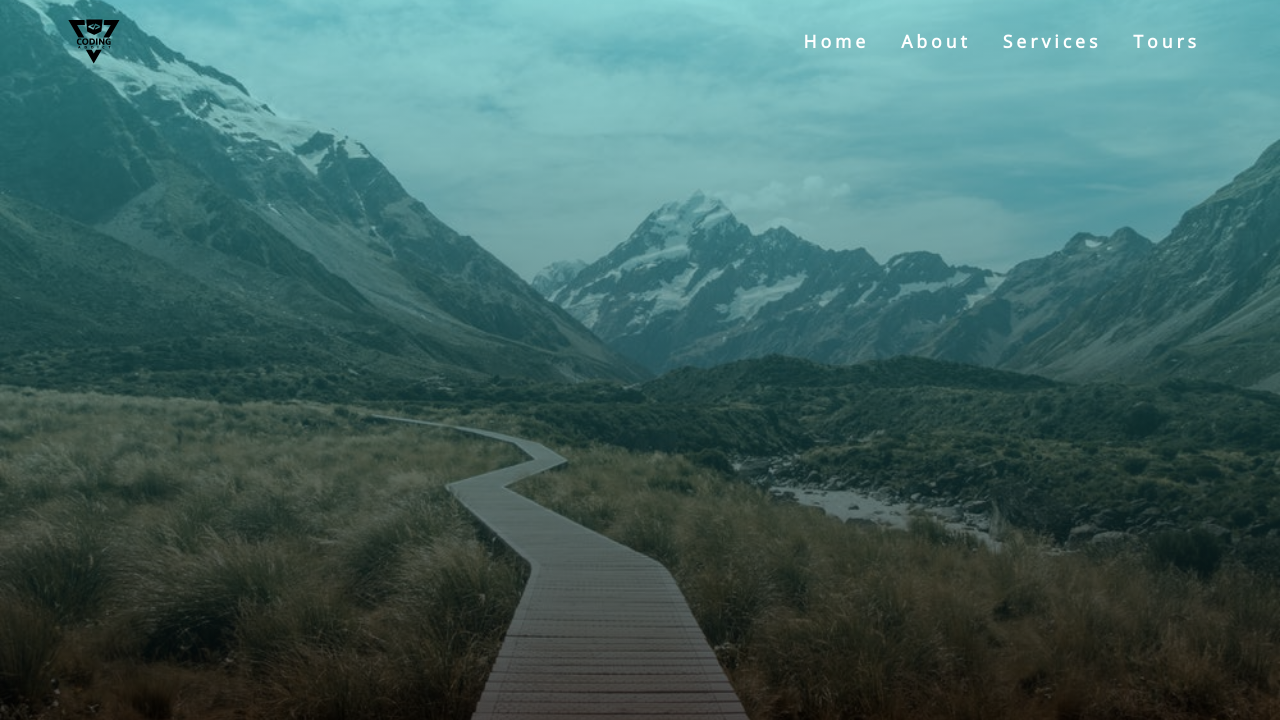
Repository: spidero7/Scroll
Page: index.html
These files come from the project's save history. The page is drawn as it stood at one moment and after the next save; the edit follows.
The browser window is 1280 px wide. The pictures show the whole page.
Some web libraries are served in a nearby version.

Above is the page before, as saved 2021-10-07 06:43:16.

After the next save:
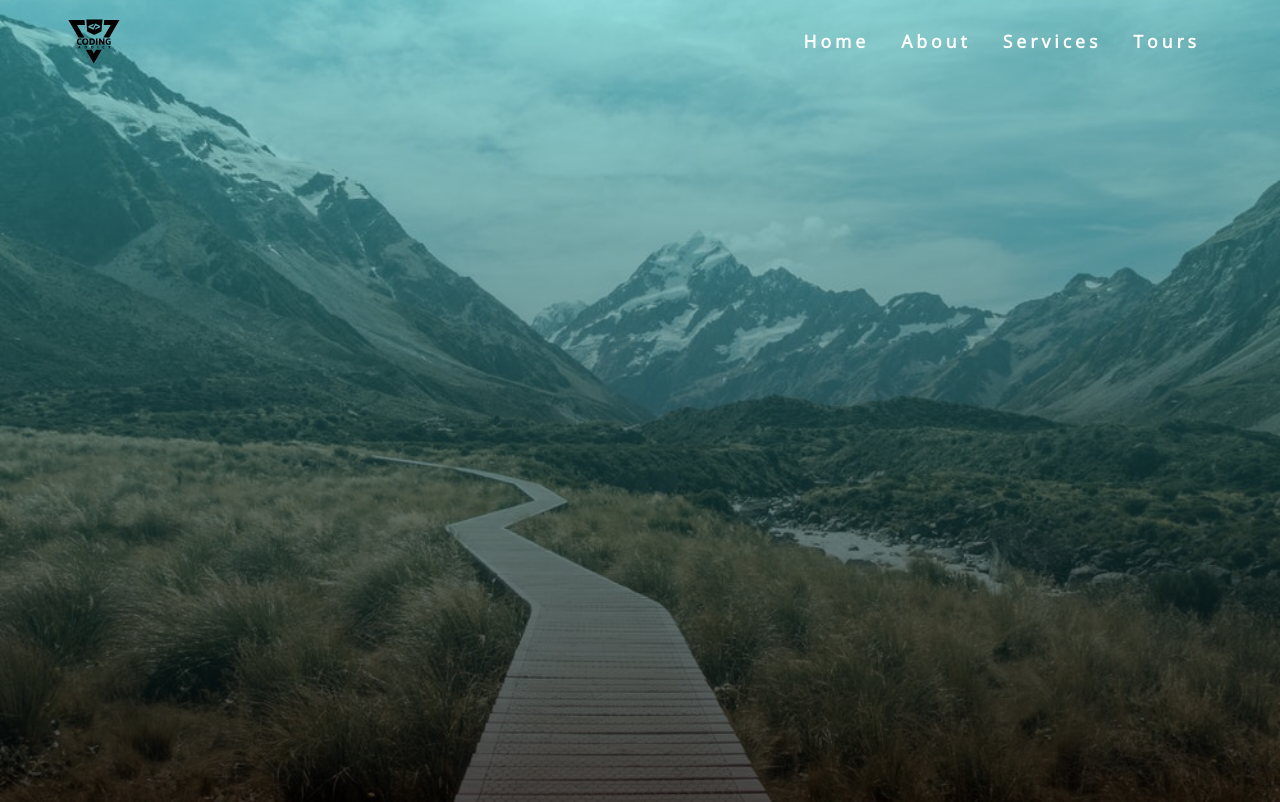
Saved 21 s later.
--- a/index.html
+++ b/index.html
@@ -41,7 +41,7 @@
             </div>
         </nav>
         <!-- banner -->
-
+        <div class="banner"></div>
     </header>
     <script src="app.js"></script>
 </body>
